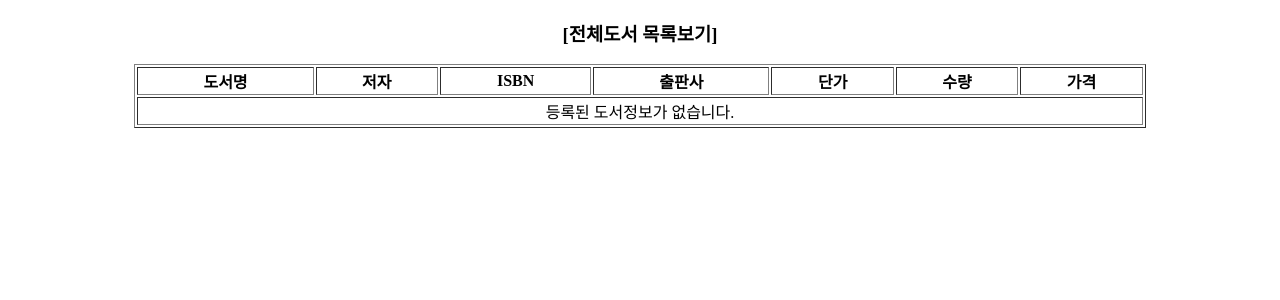
Repository: youngmoon525/Jsp_Servlet
Page: http://localhost/05.TestJSP/getAllList.jsp
The author's editor kept a copy of each file at every save. The page is drawn from the files as they stood at one save, then again after the next save.
The browser window is 1280 px wide. The pictures show the whole page.
The page is served by Tomcat 9. Other server files are loaded and not shown. Queries for data that is not in the repository find no rows.

Above is the page before, as saved 2021-09-13 02:56:35.

### workspace/05.TestJSP/WebContent/getAllList.jsp
<%@page import="com.hanul.study.BookDTO"%>
<%@page import="java.util.ArrayList"%>
<%@page import="com.hanul.study.BookDAO"%>
<%@ page language="java" contentType="text/html; charset=UTF-8" pageEncoding="UTF-8"%>
<%@ taglib prefix="c" uri="http://java.sun.com/jsp/jstl/core" %>
<%
BookDAO dao = new BookDAO();
ArrayList<BookDTO> list = dao.searchAllBook();
pageContext.setAttribute("list", list);
%>
<!DOCTYPE html>
<html>
<head>
<meta charset="UTF-8">
<title>List JSP</title>
</head>
<body>
<div align="center">
<h3>[전체도서 목록보기]</h3>
<table border="1" style="width: 80%">
	<tr>
		<th>도서명</th>
		<th>저자</th>
		<th>ISBN</th>
		<th>출판사</th>
		<th>단가</th>
		<th>수량</th>
		<th>가격</th>
	</tr>

	<c:if test="${empty list}">
		<tr>
			<td colspan="7" align="center">등록된 도서정보가 없습니다.</td>
		</tr>
	</c:if>

	<c:if test="${!empty list}">
		<c:forEach var="i" items="${list}">
			<tr align="center">
				<td>${i.title}</td>
				<td>${i.name}</td>
				<td>${i.isbn}</td>
				<td>${i.company}</td>
				<td>${i.cost}</td>
				<td>${i.qty}</td>
				<td>${i.price}</td>
			</tr>
		</c:forEach>
	</c:if>
</table>
</div>
</body>
</html>

### workspace/05.TestJSP/src/com/hanul/study/BookDAO.java
package com.hanul.study;

import java.sql.Connection;
import java.sql.DriverManager;
import java.sql.PreparedStatement;
import java.sql.ResultSet;
import java.util.ArrayList;

public class BookDAO {
	private Connection conn;	//연결객체
	private PreparedStatement ps; //전송객체
	private ResultSet rs;	//결과객체

	//DB접속
	public Connection getConn() {
		String url = "jdbc:oracle:thin:@127.0.0.1:1521:XE";
		String user = "hanul";
		String password = "0000";
		try {
			Class.forName("oracle.jdbc.driver.OracleDriver");	//동적로딩
			conn = DriverManager.getConnection(url, user, password);
		} catch (Exception e) {
			e.printStackTrace();	//예외발생의 원인을 상세하게 출력
			System.out.println("getConn() Exception!!!");
		}
		return conn;
	}//getConn()

	//DB접속 해제
	public void dbClose() {
		try {
			if(rs != null) rs.close();
			if(ps != null) ps.close();
			if(conn != null) conn.close();
		} catch (Exception e) {
			e.printStackTrace();
		}
	}//dbClose()

	//도서정보 등록
	public int inserBook(BookDTO dto) {
		conn = getConn();
		String sql = "insert into tblBook values(?,?,?,?,?,?,?)";
		int succ = 0;
		try {
			ps = conn.prepareStatement(sql);
			ps.setString(1, dto.getTitle());
			ps.setString(2, dto.getName());
			ps.setString(3, dto.getIsbn());
			ps.setString(4, dto.getCompany());
			ps.setInt(5, dto.getCost());
			ps.setInt(6, dto.getQty());
			ps.setInt(7, dto.getCost() * dto.getQty());
			succ = ps.executeUpdate();
		} catch (Exception e) {
			e.printStackTrace();
			System.out.println("inserBook() Exception!!!");
		} finally {
			dbClose();
		}
		return succ;
	}//inserBook()

	//전체도서 목록 조회
	public ArrayList<BookDTO> searchAllBook() {
		conn = getConn();
		String sql = "select * from tblBook";
		ArrayList<BookDTO> list = new ArrayList<>();
		try {
			ps = conn.prepareStatement(sql);
			rs = ps.executeQuery();
			while(rs.next()) {
				BookDTO dto = new BookDTO();
				dto.setTitle(rs.getString("title"));
				dto.setName(rs.getString("name"));
				dto.setIsbn(rs.getString("isbn"));
				dto.setCompany(rs.getString("company"));
				dto.setCost(rs.getInt("cost"));
				dto.setQty(rs.getInt("qty"));
				dto.setPrice(rs.getInt("price"));
				list.add(dto);
			}
		} catch (Exception e) {
			e.printStackTrace();
			System.out.println("searchAllBook() Exception!!!");
		} finally {
			dbClose();
		}
		return list;
	}//searchAllBook()

	//도서정보 삭제
	public int deleteBook(String isbn) {
		conn = getConn();
		String sql = "delete from tblBook where isbn = ?";
		int succ= 0;
		try {
			ps = conn.prepareStatement(sql);
			ps.setString(1, isbn);
			succ = ps.executeUpdate();
		} catch (Exception e) {
			e.printStackTrace();
			System.out.println("deleteBook() Exception!!!");
		}finally {
			dbClose();
		}
		return succ;
	}//deleteBook()





}//class

After the next save:
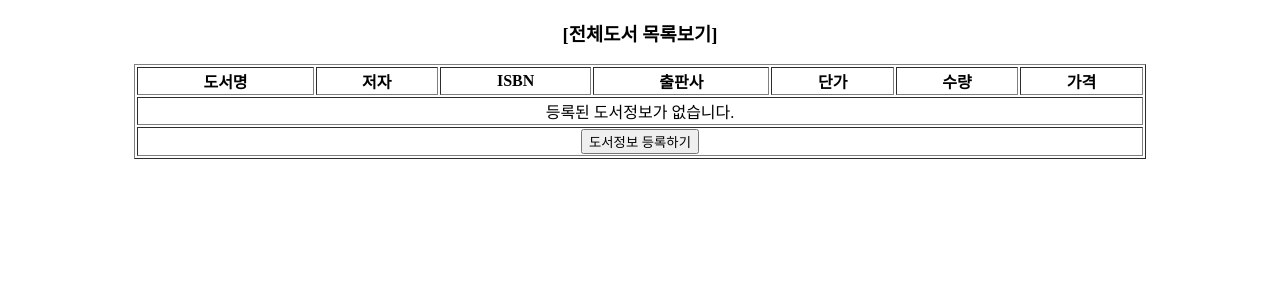
Saved 2 min 22 s later.
--- a/workspace/05.TestJSP/WebContent/getAllList.jsp
+++ b/workspace/05.TestJSP/WebContent/getAllList.jsp
@@ -47,6 +47,12 @@ pageContext.setAttribute("list", list);
 			</tr>
 		</c:forEach>
 	</c:if>
+
+	<tr>
+		<td colspan="7" align="center">
+			<input type="button" value="도서정보 등록하기" onclick="location.href='bookMain.html'"/>
+		</td>
+	</tr>
 </table>
 </div>
 </body>
